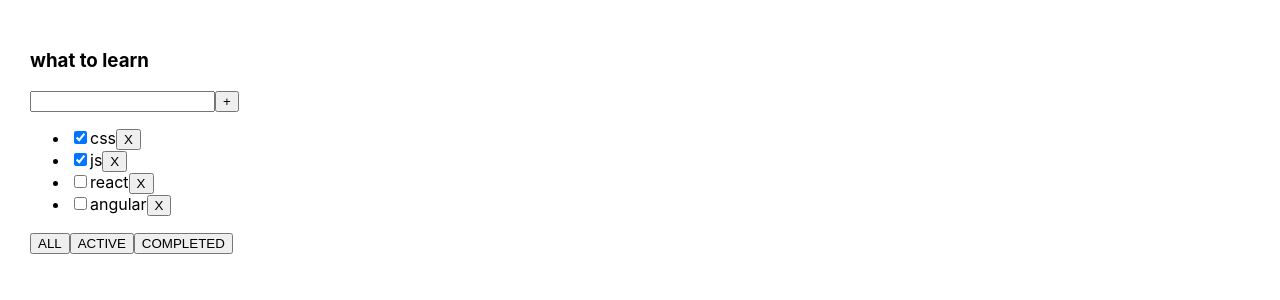
Repository: Grid-Master/myTrello
Page: /
These files come from the project's save history. The page is drawn as it stood at one moment and after the next save; the edit follows.
The browser window is 1280 px wide. The pictures show the whole page.
The project was rebuilt for these pictures with package versions that can differ from the ones it lists, and the page was loaded fresh each time.

Above is the page before, as saved 2023-01-25 00:06:09.

### src/App.tsx
import { useState } from 'react';
import './App.css';
import Todolist, { taskType } from './Todolist';

const initTasks = [
  {
    id: 1,
    title: 'css',
    isDone: true
  },
  {
    id: 2,
    title: 'js',
    isDone: true
  },
  {
    id: 3,
    title: 'react',
    isDone: false
  },
  {
    id: 4,
    title: 'angular',
    isDone: false
  },
]
 // const tasks2 = [
  //   {
  //     id: 1,
  //     title: 'avengers',
  //     isDone: true
  //   },
  //   {
  //     id: 2,
  //     title: 'terminator',
  //     isDone: false
  //   },
  //   {
  //     id: 3,
  //     title: 'prject x',
  //     isDone: false
  //   },
  // ]

function App() {
  const [tasks, setTasks] = useState<taskType[]>(initTasks)
  const [filter, setFilter] = useState<string>('active')

  const removeTask = (id: number) => {
    let filteredTasks = tasks.filter((task) => task.id !== id)
    setTasks(filteredTasks)
  }

  let tasksForTodoList = tasks
  if(filter === 'completed') {
    tasksForTodoList = tasks.filter(task => task.isDone)
  }
  if(filter === 'active') {
    tasksForTodoList = tasks.filter(task => task.isDone)
  }

  return (
    <div className="App">
      <Todolist removeTask={removeTask} title='what to learn' tasks={tasks} />
      {/* <Todolist title='movies' tasks={tasks2} /> */}
    </div>
  );
}

export default App;

### src/App.css
.App {
 padding: 30px;
 display: flex;
}

.App>div {
  margin-right: 50px;
}

### src/Todolist.tsx
import React from 'react';

export interface taskType {
    id: number
    title: string
    isDone: boolean
}

type Props = {
    title: string,
    tasks: Array<taskType>
    removeTask: (id: number) => void
}

const Todolist = (props:Props) => {
    return (
    <div>
        <h3>{props.title}</h3>
        <div>
            <input />
            <button>+</button>
        </div>
        <ul>
            {
                props.tasks.map((task) => <li key={task.id}>
                    <input type='checkbox' checked={task.isDone} />
                    <span>{task.title}</span>
                    <button onClick={() => props.removeTask(task.id)}>X</button>
                </li> )
            }
        </ul>
        <div>
            <button>ALL</button>
            <button>ACTIVE</button>
            <button>COMPLETED</button>
        </div>
    </div>
    );
};

export default Todolist;

Loaded but not shown: public/index.html (common file); src/index.tsx (common file); src/index.css (common file); src/reportWebVitals.ts (common file)

After the next save:
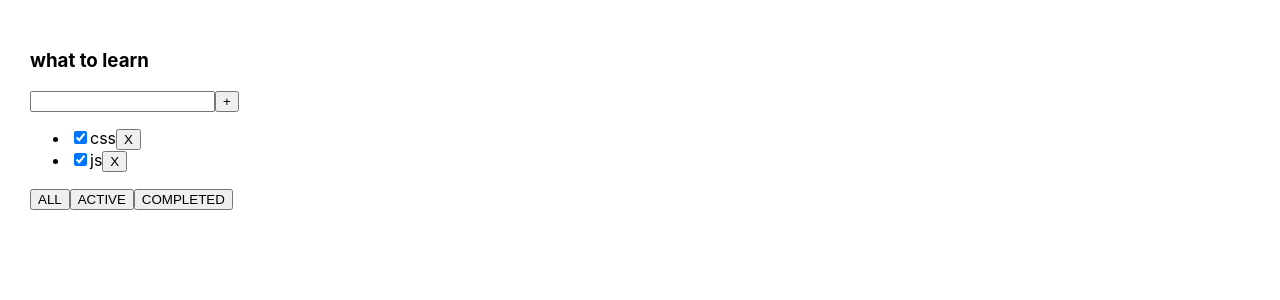
Saved 14 s later.
--- a/src/App.tsx
+++ b/src/App.tsx
@@ -61,7 +61,7 @@ function App() {
 
   return (
     <div className="App">
-      <Todolist removeTask={removeTask} title='what to learn' tasks={tasks} />
+      <Todolist removeTask={removeTask} title='what to learn' tasks={tasksForTodoList} />
       {/* <Todolist title='movies' tasks={tasks2} /> */}
     </div>
   );
